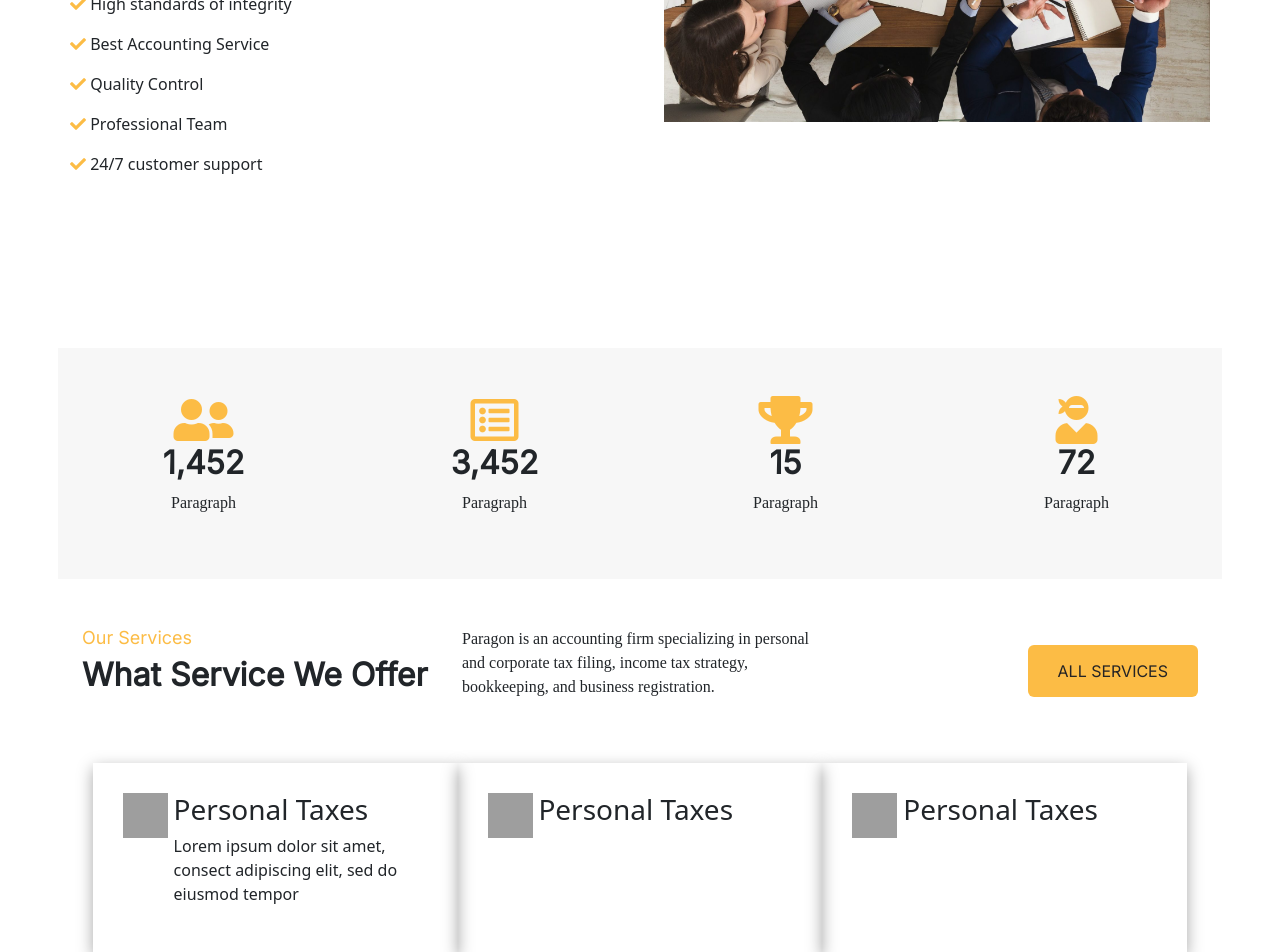
Repository: FailureMaster/paragonaccounting
Page: http://localhost/index.html
The author's editor kept a copy of each file at every save. The page is drawn from the files as they stood at one save, then again after a run of saves.
The browser window is 1280 px wide. The pictures show the part of the page from y = 1285 to 2237 px (the page is 2237 px tall).
Pictures or frames that could not be fetched are drawn as grey boxes. Some web fonts or font styles are not loaded; a fallback is used. The page is run by PHP 8.4 with error messages shown; the project is at /var/www/html/.

Above is the page before, as saved 2022-12-21 00:43:13.

After the next 2 saves:
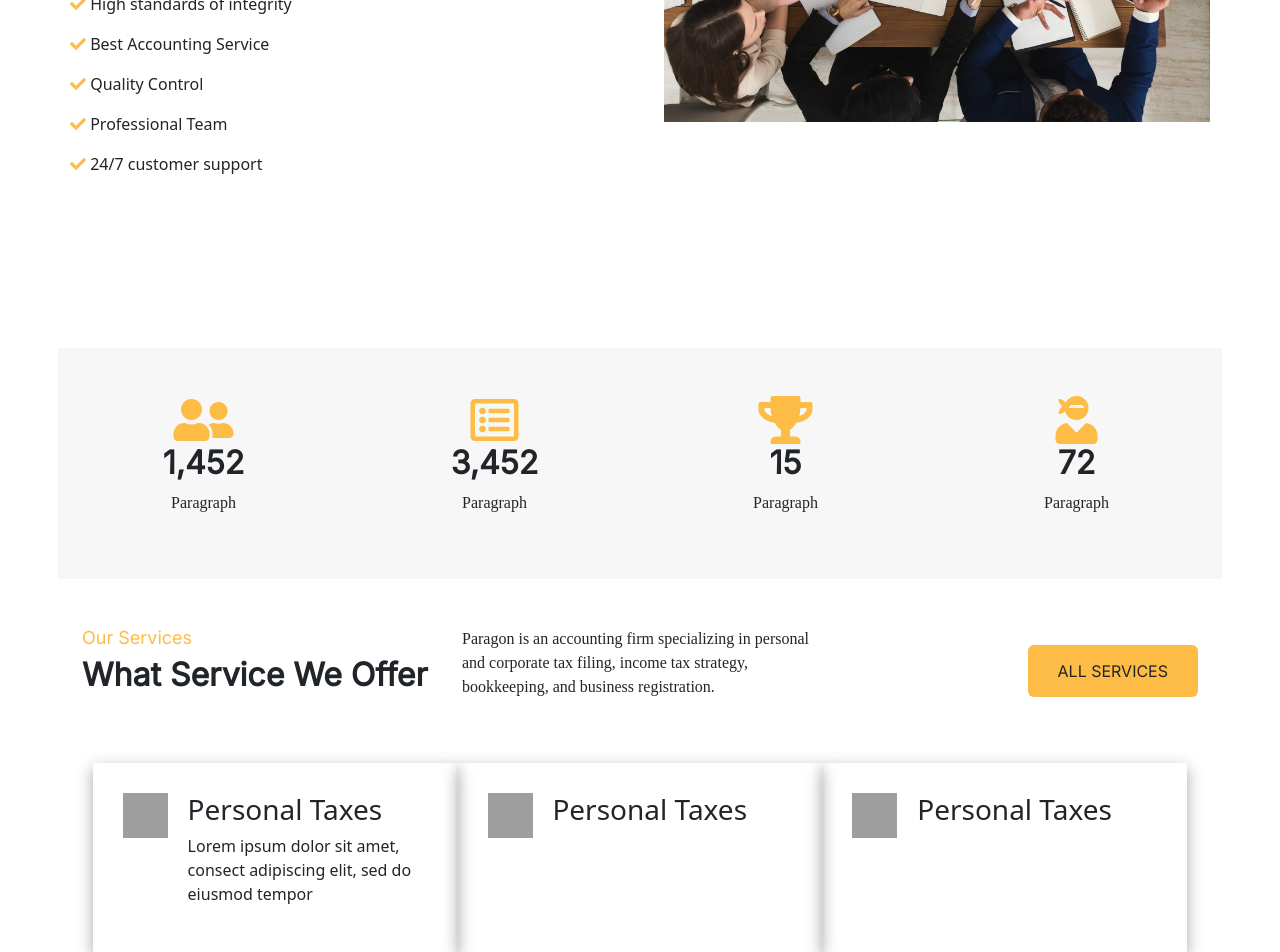
The 2 saves are shown as one change because they came seconds apart.
The last was saved 54 s later.
--- a/assets/css/styles.css
+++ b/assets/css/styles.css
@@ -169,7 +169,7 @@
   padding: 30px;
   display: flex;
   box-shadow: rgba(0, 0, 0, 0.35) 0px 5px 15px;
-
+  column-gap: 0.875rem;
 }
 
 .service-offer img {

After the save that followed:
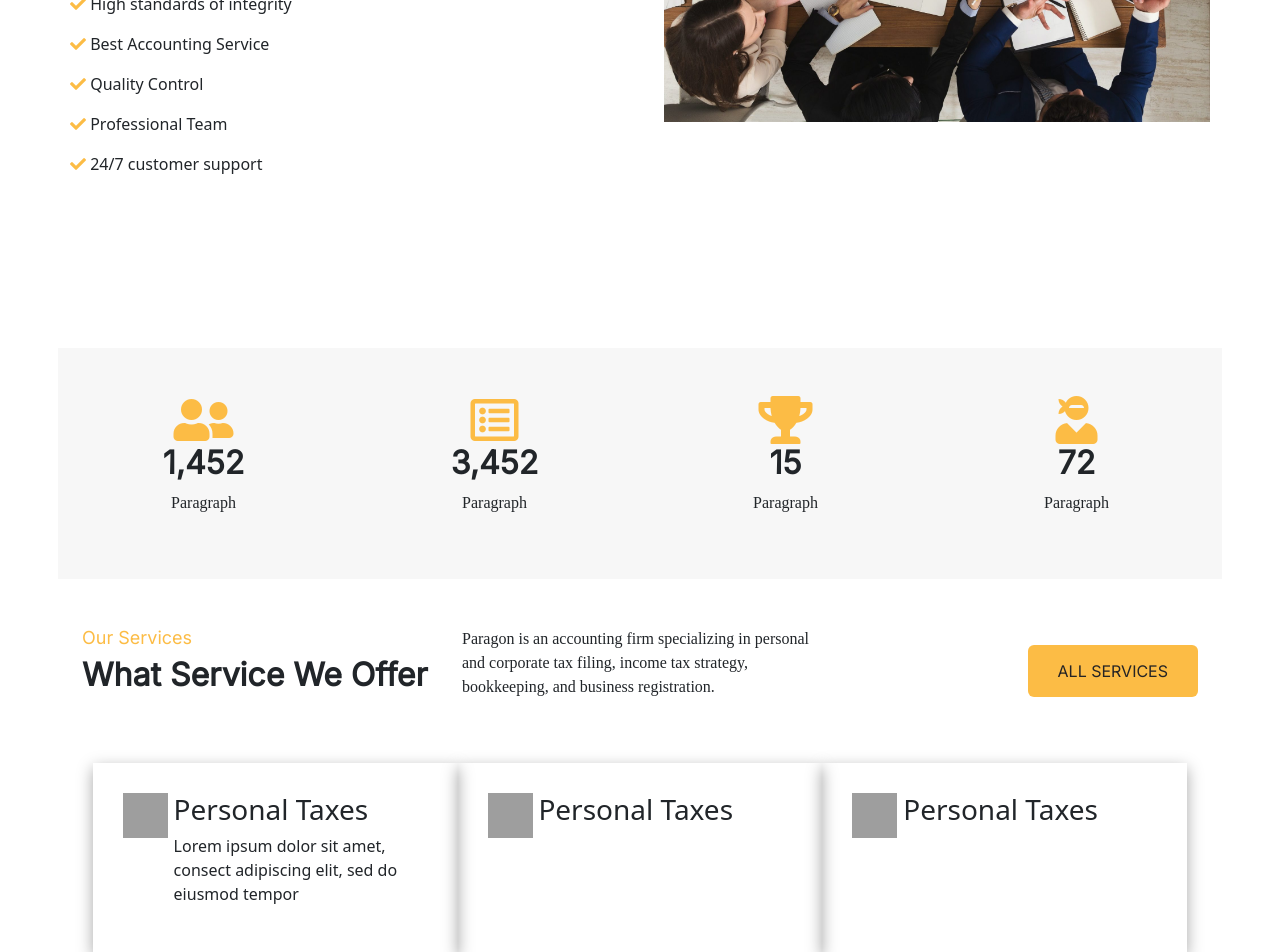
Saved 5 s later.
--- a/assets/css/styles.css
+++ b/assets/css/styles.css
@@ -169,7 +169,6 @@
   padding: 30px;
   display: flex;
   box-shadow: rgba(0, 0, 0, 0.35) 0px 5px 15px;
-  column-gap: 0.875rem;
 }
 
 .service-offer img {
